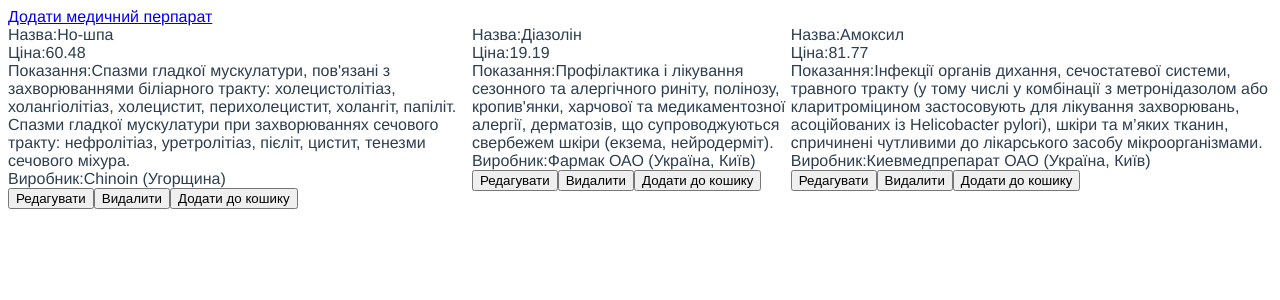
Repository: kristinap8/pharmacy
Page: /
The author's editor kept a copy of each file at every save. The page is drawn from the files as they stood at one save, then again after the next save.
The browser window is 1280 px wide. The pictures show the whole page.
The project was rebuilt for these pictures with package versions that can differ from the ones it lists, and the page was loaded fresh each time. Also part of the build but not shown: src/components/AddMedicineForm/index.vue, src/pages/AddMedicine/index.vue, src/components/EditMedicineForm/index.vue, src/pages/EditMedicine/index.vue, src/components/CartForm/CartItem/index.vue, src/components/CartForm/index.vue, src/pages/Cart/index.vue.

Above is the page before, as saved 2020-12-09 12:53:22.

After the next save:
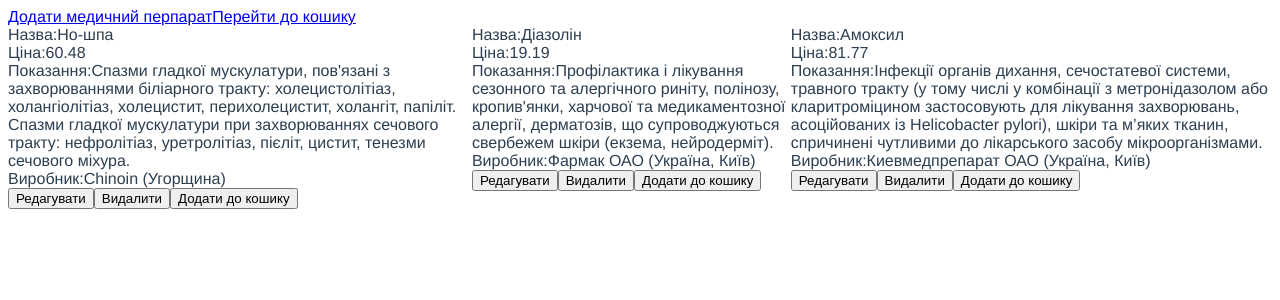
Saved 69 s later.
--- a/src/pages/AllMedicines/index.vue
+++ b/src/pages/AllMedicines/index.vue
@@ -1,6 +1,7 @@
 <template>
     <div>
         <router-link to="/add_medicine">Додати медичний перпарат</router-link>
+        <router-link to="/cart">Перейти до кошику</router-link>
      <medicines-list/>
     </div>
 </template>
